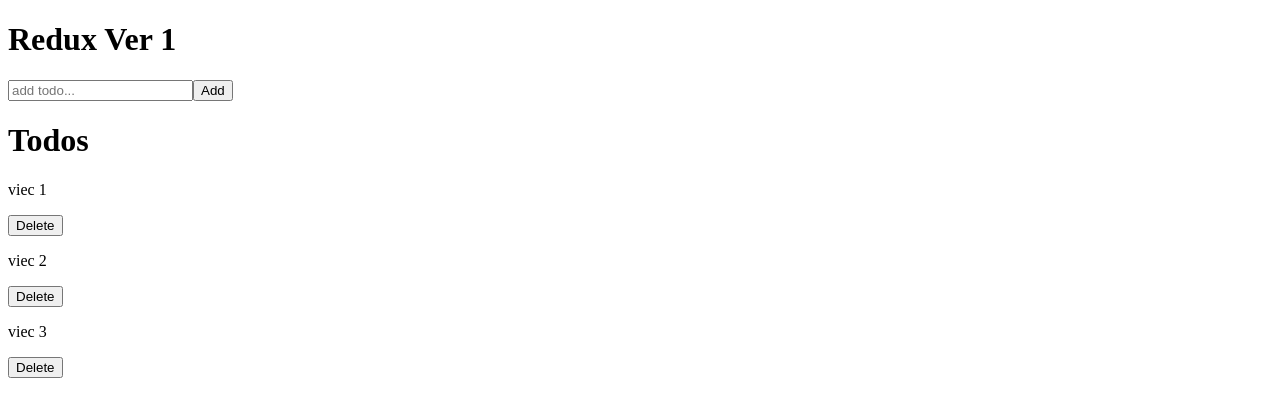
Repository: huynhnt1406/react-redux-tutorial
Page: / (app in redux-v1/)
These files come from the project's save history. The page is drawn as it stood at one moment and after the next save; the edit follows.
The browser window is 1280 px wide. The pictures show the whole page.
The project was rebuilt for these pictures with package versions that can differ from the ones it lists, and the page was loaded fresh each time.

Above is the page before, as saved 2021-06-19 01:12:48.

After the next save:
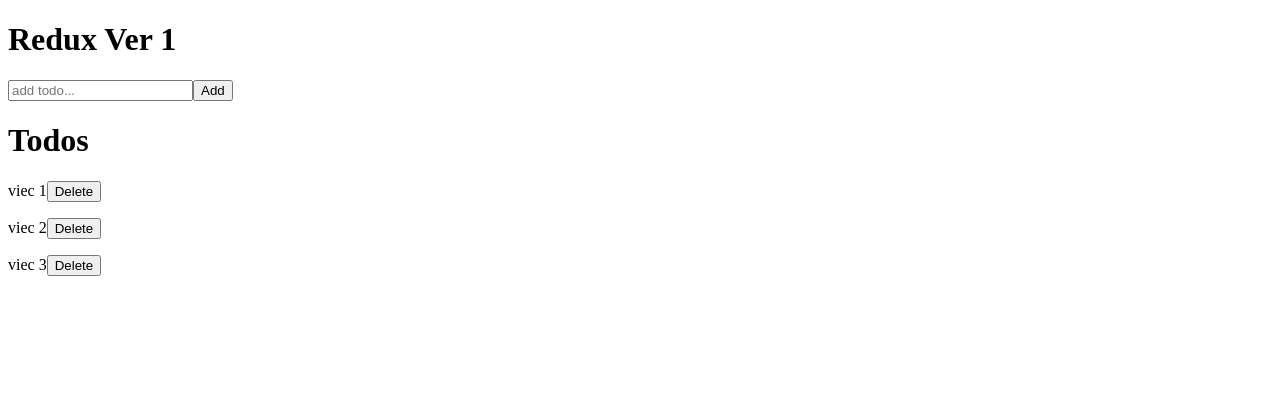
Saved 8 s later.
--- a/redux-v1/src/component/TodoItem.jsx
+++ b/redux-v1/src/component/TodoItem.jsx
@@ -3,7 +3,7 @@ import React from 'react'
 function TodoItem({title}) {
     return (
         <div>
-            <p>{title}</p><button>Delete</button>
+            <p>{title}<button>Delete</button></p>
         </div>
     )
 }
